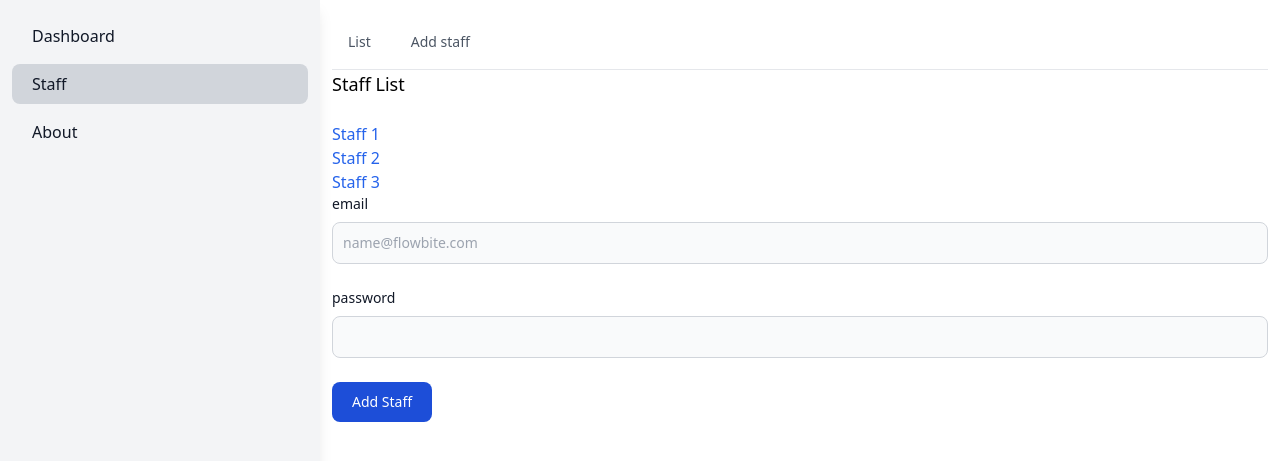
Repository: daohuyhoang9119/React-Router-6.4--Practice
Page: /staff
The author's editor kept a copy of each file at every save. The page is drawn from the files as they stood at one save, then again after the next save.
The browser window is 1280 px wide. The pictures show the whole page.
The project was rebuilt for these pictures with package versions that can differ from the ones it lists, and the page was loaded fresh each time. Also part of the build but not shown: src/pages/404/Page404.tsx, src/pages/About/About.tsx, src/pages/Dashboard/Dashboard.tsx, src/components/StaffItem/StaffItem.tsx.

Above is the page before, as saved 2022-11-07 23:37:05.

After the next save:
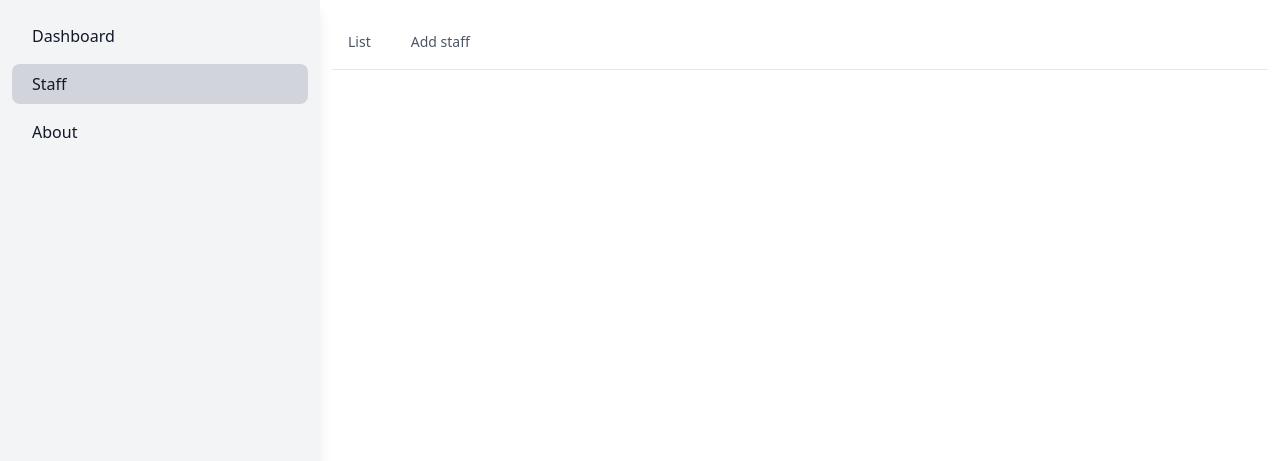
Saved 47 s later.
--- a/src/pages/Staff/Staff.tsx
+++ b/src/pages/Staff/Staff.tsx
@@ -33,12 +33,6 @@ export default function Staff() {
           </li>
         </ul>
       </div>
-
-      <StaffList />
-      {/* <Link to='/staff/add' className='font-medium text-blue-600 hover:underline dark:text-blue-500'>
-        Add staff
-      </Link> */}
-      <AddStaff />
     </div>
   )
 }
